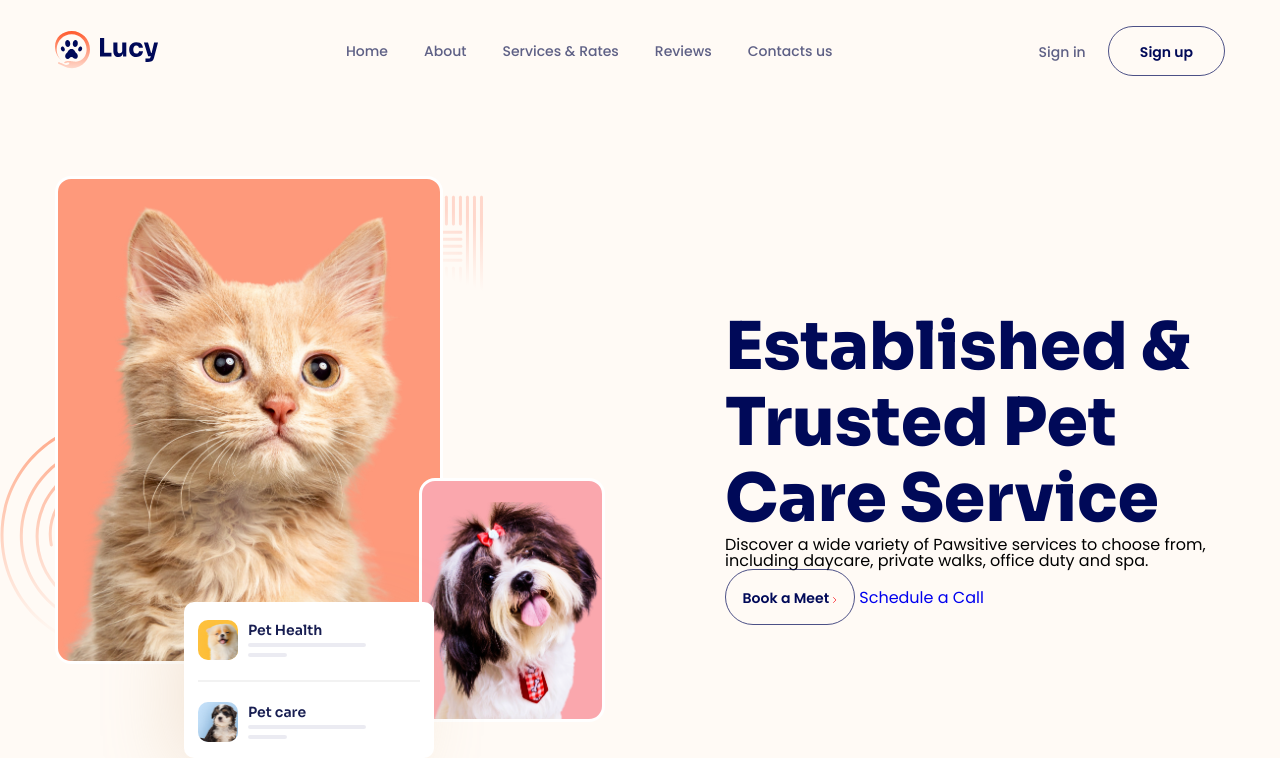
Repository: empty24062002/f8-project-05
Page: index.html
These files come from the project's save history. The page is drawn as it stood at one moment and after the next save; the edit follows.
The browser window is 1280 px wide. The pictures show the whole page.

Above is the page before, as saved 2023-09-09 18:16:05.

After the next save:
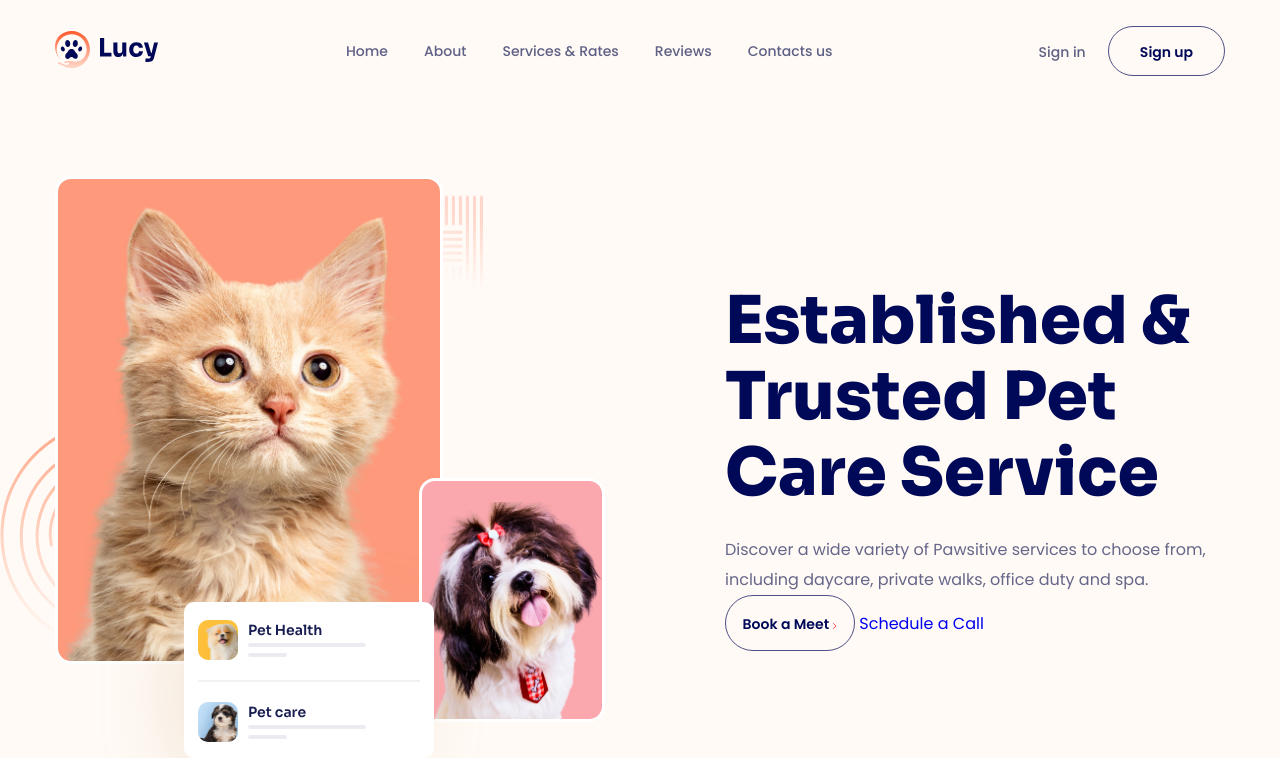
Saved 39 s later.
--- a/assets/css/styles.css
+++ b/assets/css/styles.css
@@ -218,3 +218,11 @@ a {
     font-weight: 800;
     line-height: 1.15; /* 115.152% */
 }
+
+.hero__desc {
+    margin-top: 24px;
+    color: #656689;
+    font-size: 1.6rem;
+    font-weight: 400;
+    line-height: 1.87;
+}
